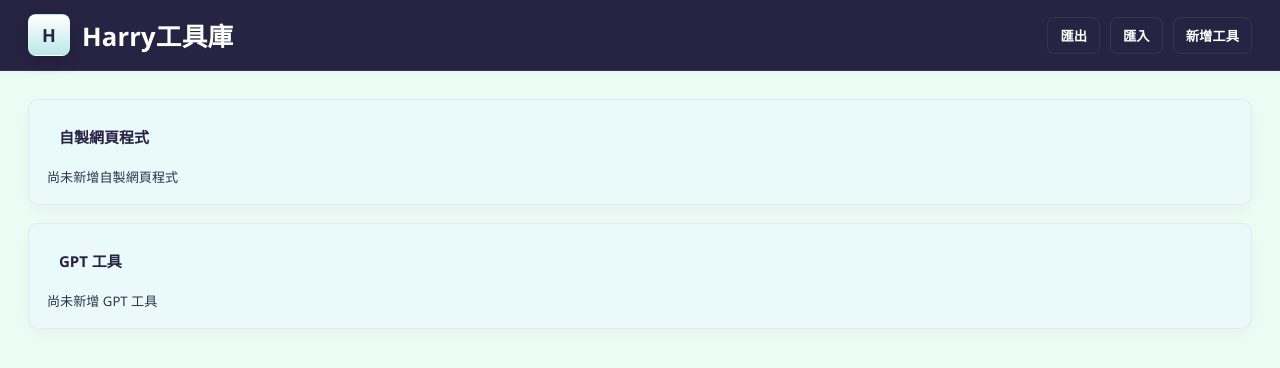
Repository: Harry985991/bmcvibecoding
Page: personal_tool_portal.html
The author's editor kept a copy of each file at every save. The page is drawn from the files as they stood at one save, then again after the next save.
The browser window is 1280 px wide. The pictures show the whole page.

Above is the page before, as saved 2025-08-22 23:23:34.

After the next save:
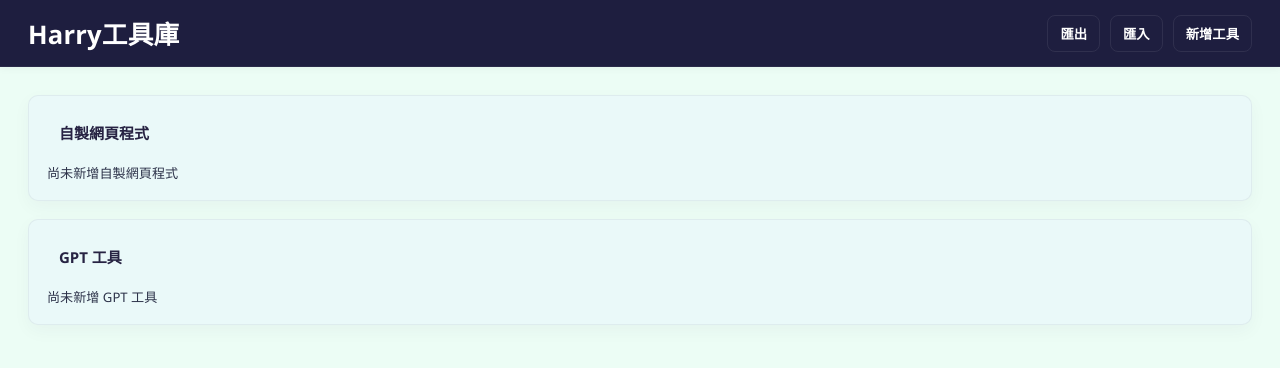
Saved 83 s later.
--- a/personal_tool_portal.html
+++ b/personal_tool_portal.html
@@ -8,7 +8,7 @@
 :root{
   --bg: #ECFDF5;           /* page background (updated) */
   --primary: #272343;      /* dark navy */
-  --banner: #272343;       /* banner color (attachment) */
+  --banner: #1E1E3F;       /* banner color (updated to #1E1E3F) */
   --muted: #2d334a;        /* paragraph */
   --accent: #ffd600;       /* accent (kept) */
   --teal: #bae8e8;         /* tag / light green-blue */
@@ -248,7 +248,6 @@ main {
 <body>
   <header>
     <div class="header-left">
-      <div class="header-logo" aria-hidden="true">H</div>
       <div class="header-title">Harry工具庫</div>
     </div>
 
